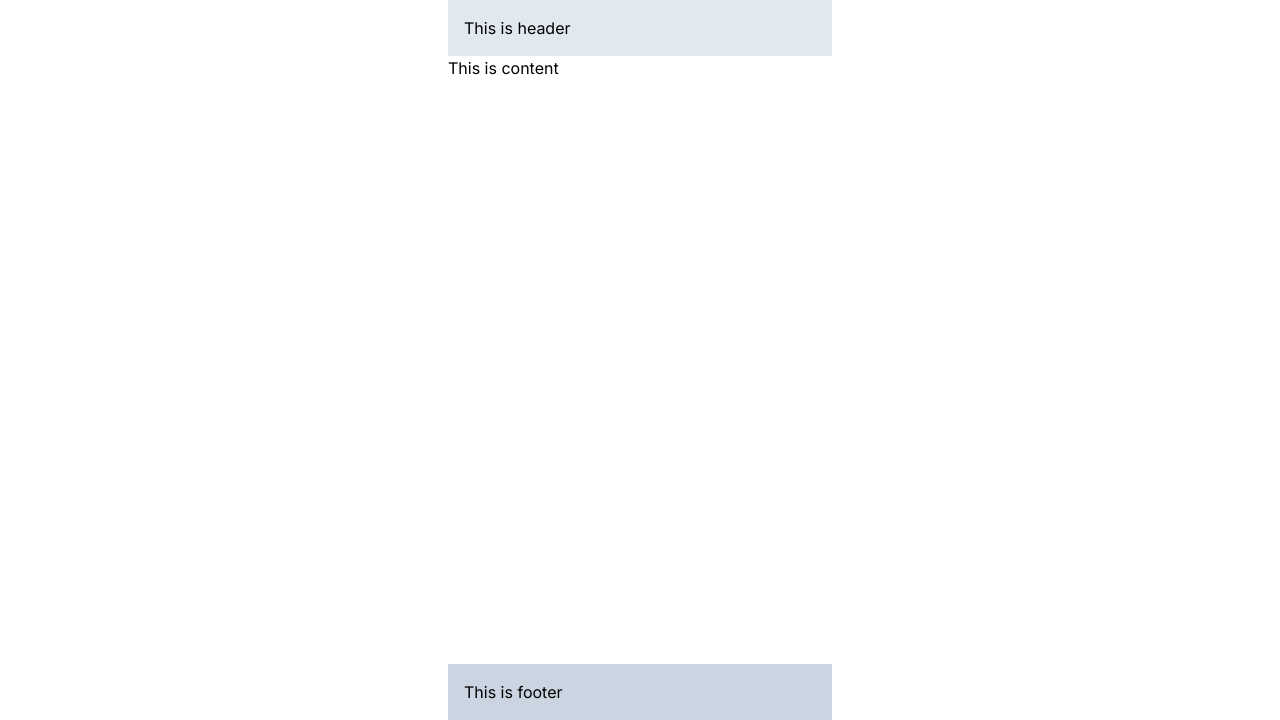
Repository: nirazanbasnet/test-react-swipeable
Page: /
These files come from the project's save history. The page is drawn as it stood at one moment and after a run of saves; the edit follows.
The browser window is 1280 px wide. The pictures show the whole page.
The project was rebuilt for these pictures with package versions that can differ from the ones it lists, and the page was loaded fresh each time. The framework's server and built-in components were replaced by stand-ins that run in the browser. Also part of the build but not shown: next.config.mjs.

Above is the page before, as saved 2024-02-07 09:44:43.

After the next 3 saves:
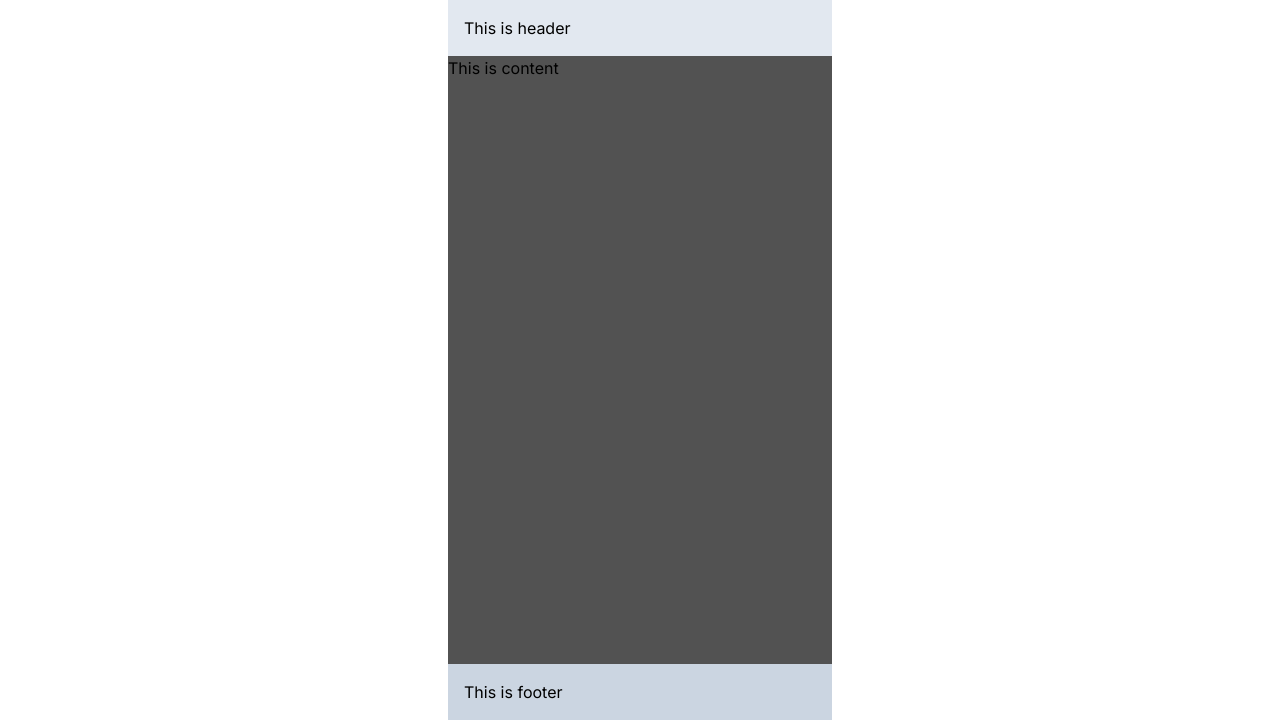
The 3 saves are shown as one change because they came seconds apart.
The last was saved 19 s later.
--- a/src/components/AppLayout.js
+++ b/src/components/AppLayout.js
@@ -22,7 +22,7 @@ export default function AppLayout({ children }) {
 			<header className="flex items-center px-4 h-14 bg-slate-200">
 				This is header
 			</header>
-			<main className="flex-1">{children}</main>
+			<main className="flex-1 bg-neutral-600">{children}</main>
 			<footer className="flex items-center px-4 h-14 bg-slate-300">
 				This is footer
 			</footer>
